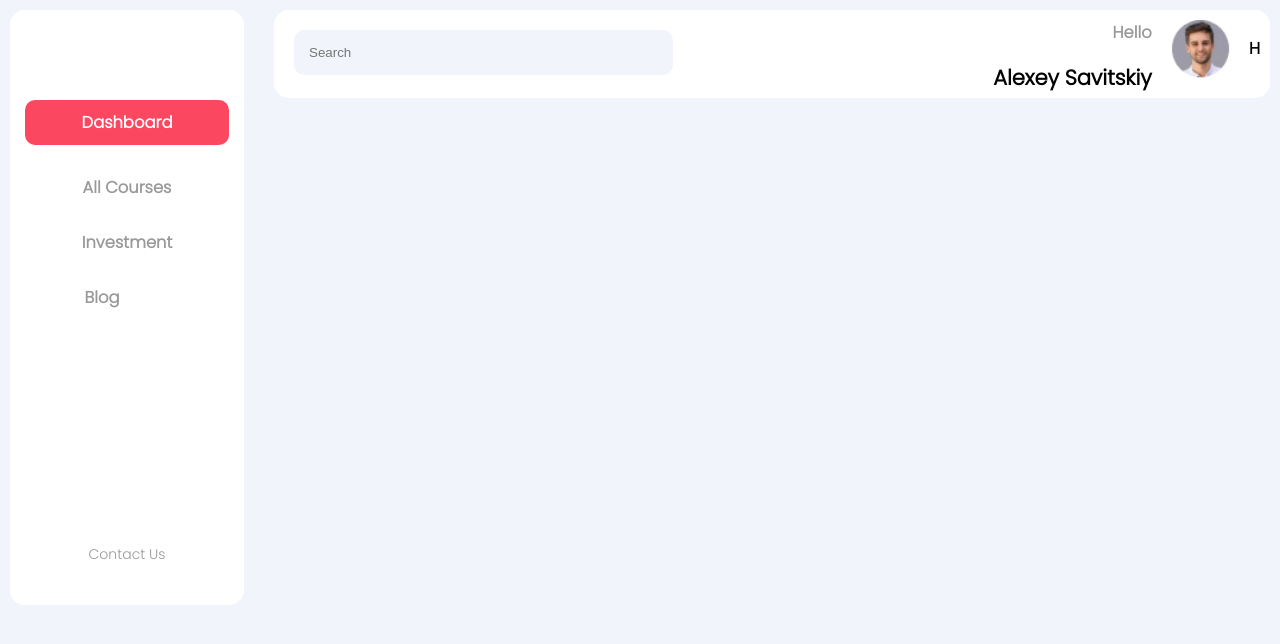
Repository: Anuruddha00/dashboard-design
Page: /
An editor plug-in stored every save of this project. The page is shown before and after the next save, followed by the edit.
The browser window is 1280 px wide. The pictures show the whole page.
The project was rebuilt for these pictures with package versions that can differ from the ones it lists, and the page was loaded fresh each time.

Above is the page before, as saved 2021-05-07 01:23:03.

After the next save:
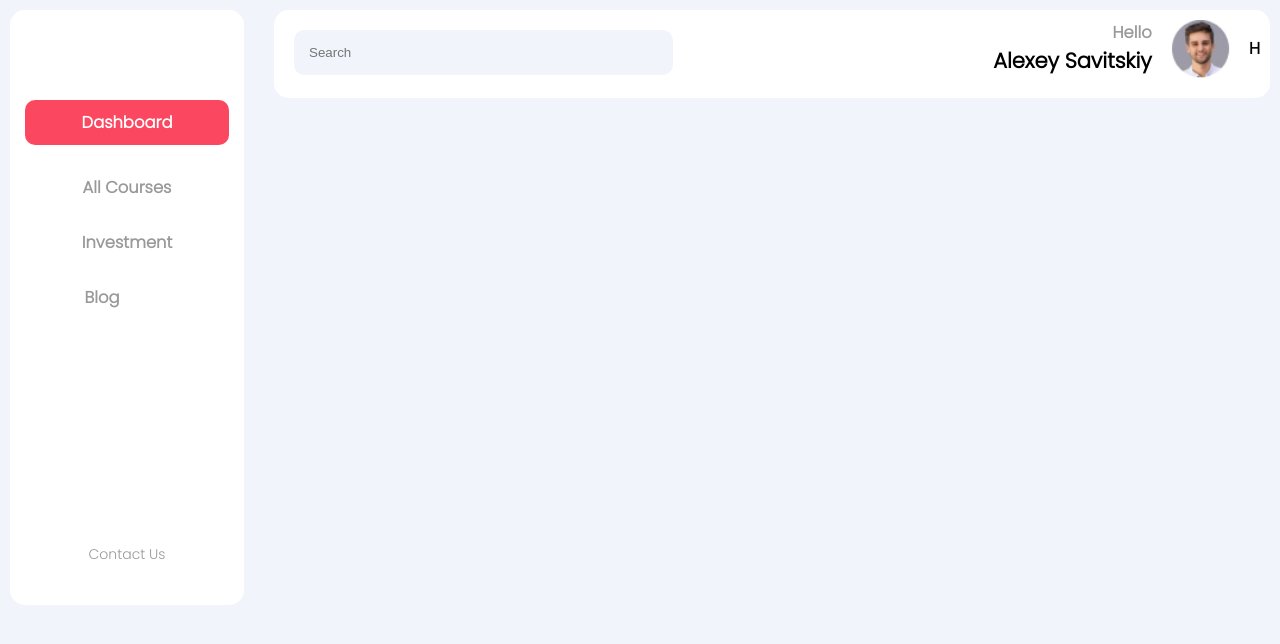
Saved 40 s later.
--- a/src/containers/Dashboard/Dashboard.scss
+++ b/src/containers/Dashboard/Dashboard.scss
@@ -108,6 +108,9 @@ body{
                                 color: #9a9999;
                                 margin: 0;
                             }
+                            h2{
+                                margin: 0;
+                            }
                         }
                     }
                 }
